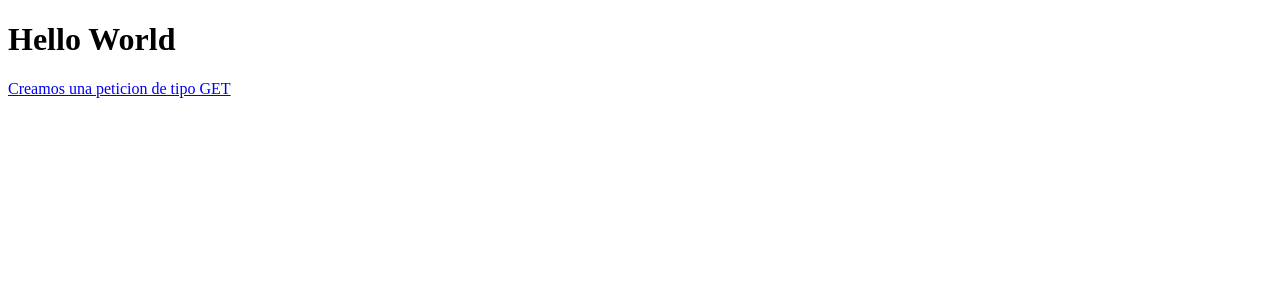
Repository: borispacex/javaee-projects
Page: http://localhost/Java_Web/
These files come from the project's save history. The page is drawn as it stood at one moment and after the next save; the edit follows.
The browser window is 1280 px wide. The pictures show the whole page.
The page is served by Tomcat 9.

Above is the page before, as saved 2023-05-08 17:28:01.

After the next save:
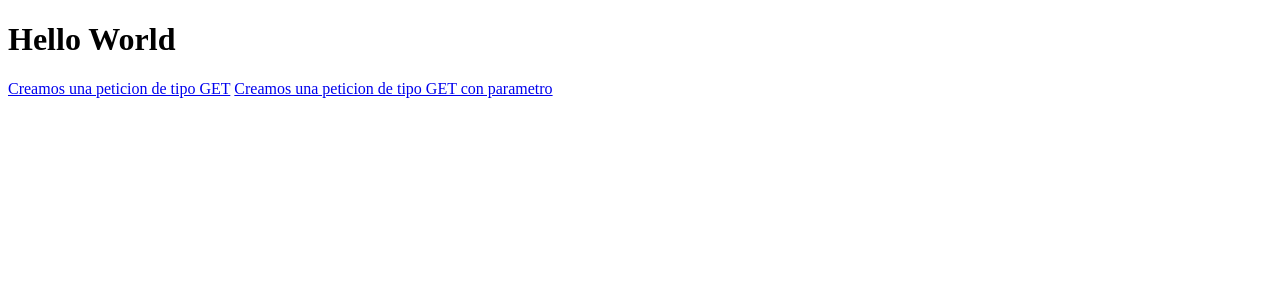
Saved 81 s later.
--- a/Java_Web/WebContent/index.jsp
+++ b/Java_Web/WebContent/index.jsp
@@ -9,5 +9,6 @@
 <body>
 	<h1>Hello World</h1>
 	<a href="MyServlet">Creamos una peticion de tipo GET</a>
+	<a href="MyServlet?var1=2">Creamos una peticion de tipo GET con parametro</a>
 </body>
 </html>
